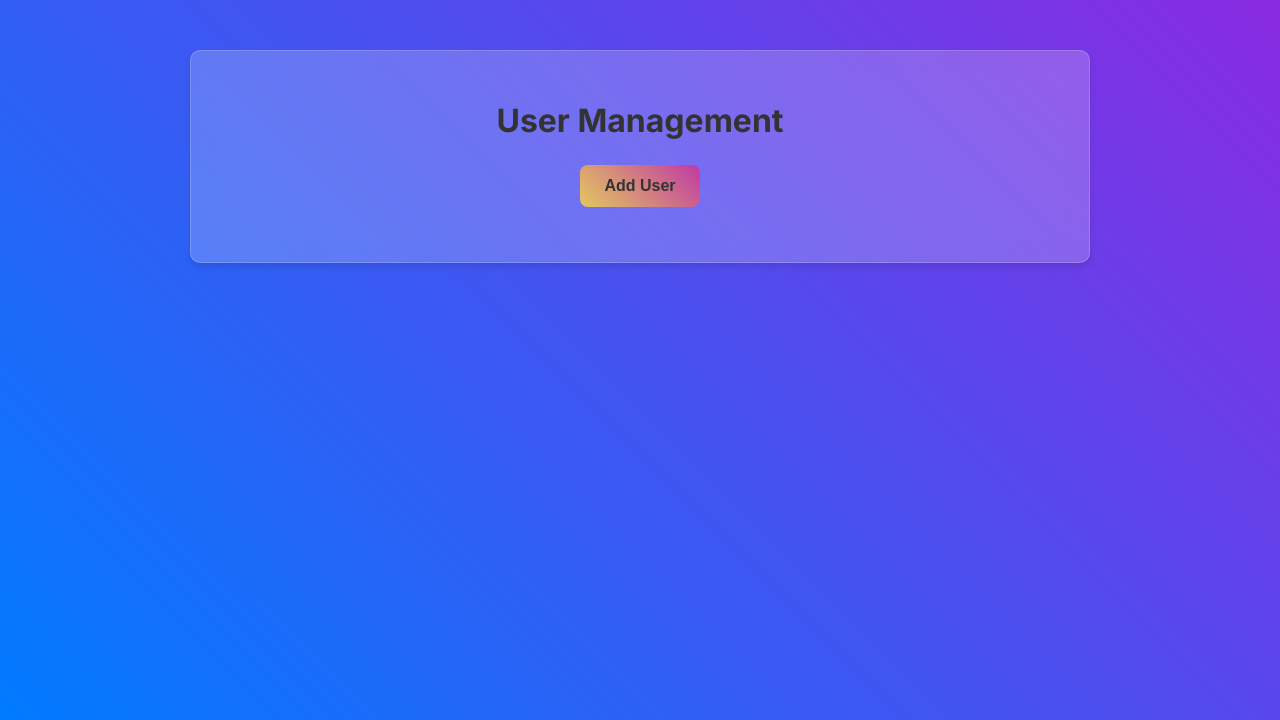
Repository: EeeeeEyyyy/crud-proj
Page: /
These files come from the project's save history. The page is drawn as it stood at one moment and after the next save; the edit follows.
The browser window is 1280 px wide. The pictures show the whole page.
The page's requests for data from a server got no answer. The project was rebuilt for these pictures with package versions that can differ from the ones it lists, and the page was loaded fresh each time. The framework's server and built-in components were replaced by stand-ins that run in the browser. No one was signed in, and anything a server would have sent is missing. Also part of the build but not shown: next.config.mjs.

Above is the page before, as saved 2024-06-25 08:42:26.

After the next save:
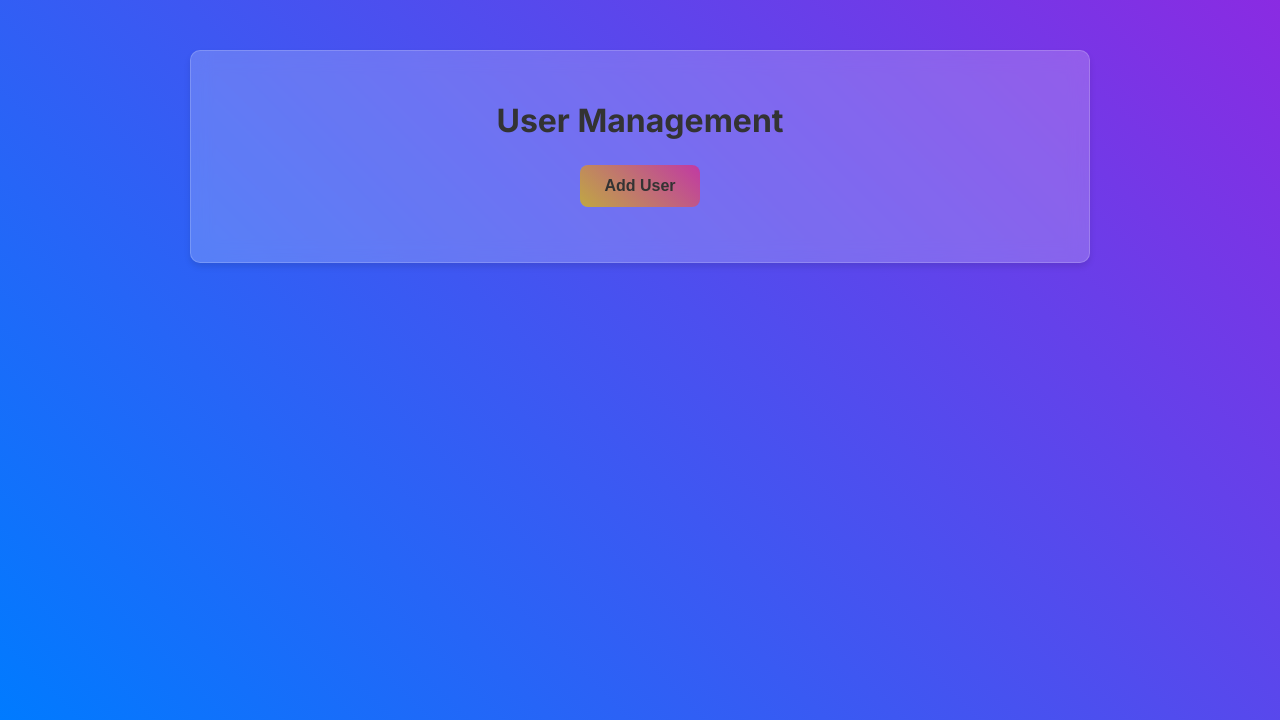
Saved 5 s later.
--- a/src/app/globals.css
+++ b/src/app/globals.css
@@ -478,5 +478,5 @@ input {
 }
 #add-n {
   font-weight: bold;
-  background: linear-gradient(45deg, rgb(227, 200, 95), rgb(193, 57, 163));
-}
+  background: linear-gradient(45deg, rgb(192, 167, 67), rgb(193, 57, 163));
+}
